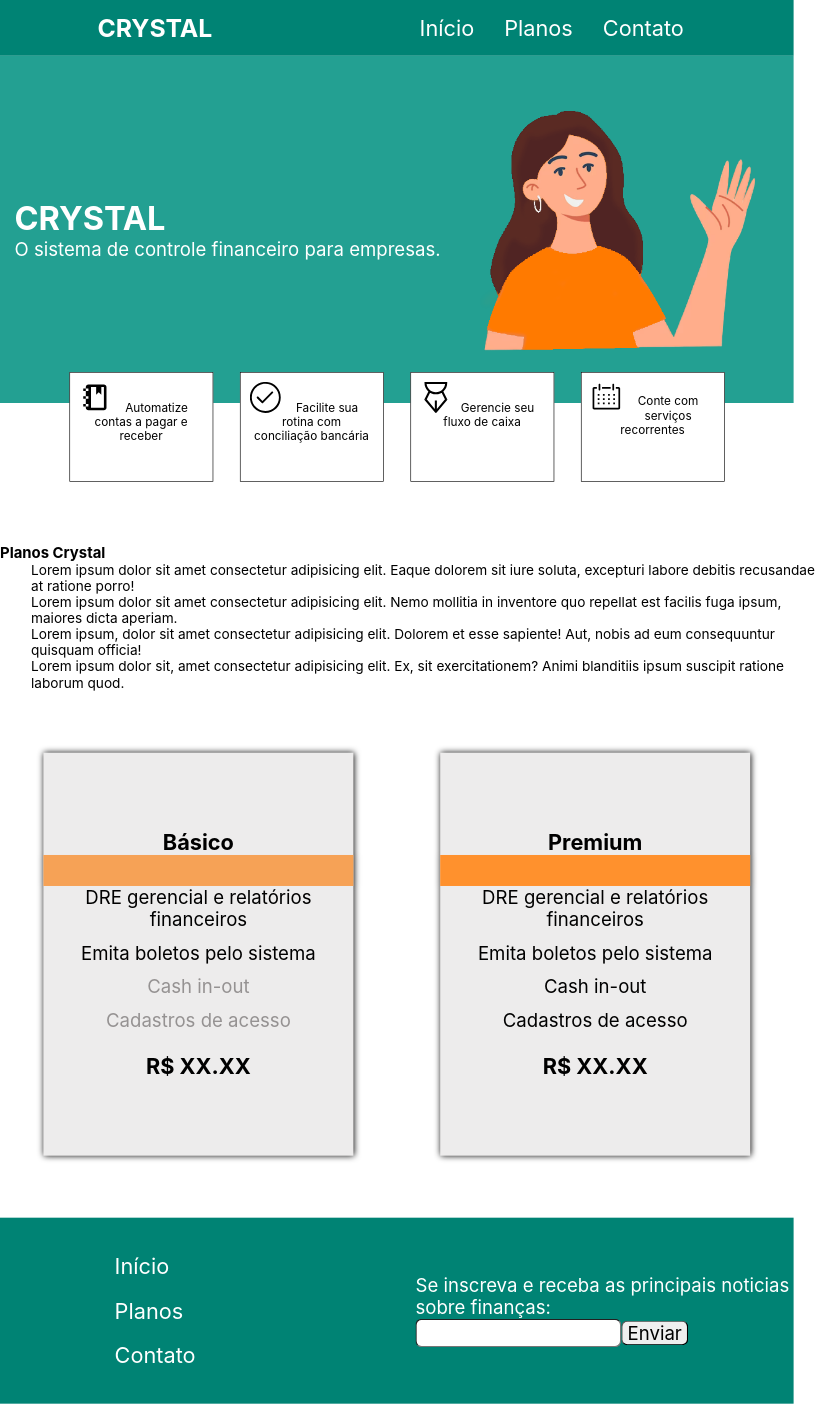
Repository: Matheus904-12/Crystallize
Page: index.html
The author's editor kept a copy of each file at every save. The page is drawn from the files as they stood at one save, then again after a run of saves.
The browser window is 1280 px wide. The page is 1335 px wide, then 1280 px, so the pictures cover 1335 px, including what lies to the right of the window. The pictures show the whole page, at 62% of full size.
Some web fonts or font styles are not loaded; a fallback is used.

Above is the page before, as saved 2023-07-24 20:18:18.

After the next 2 saves:
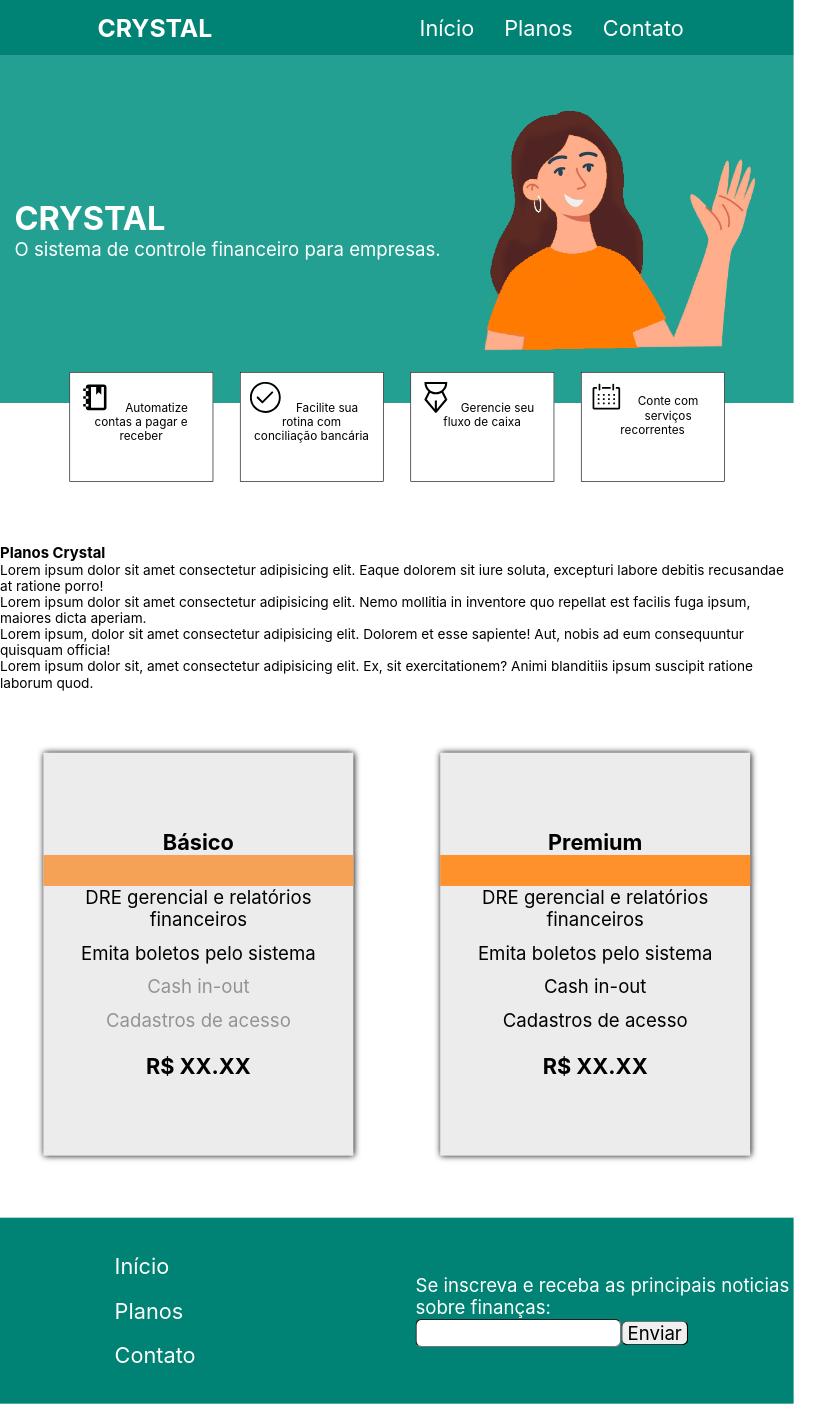
The 2 saves are shown as one change because they came seconds apart.
The last was saved 12 s later.
--- a/style.css
+++ b/style.css
@@ -112,7 +112,7 @@ html {
   }
 
   .planoTexto {
-    padding: 0px 5px 0px 50px;
+    padding: 0px -1px 0px 50px;
     font-size: 22px;
     width: 100%;
     text-align: left;
